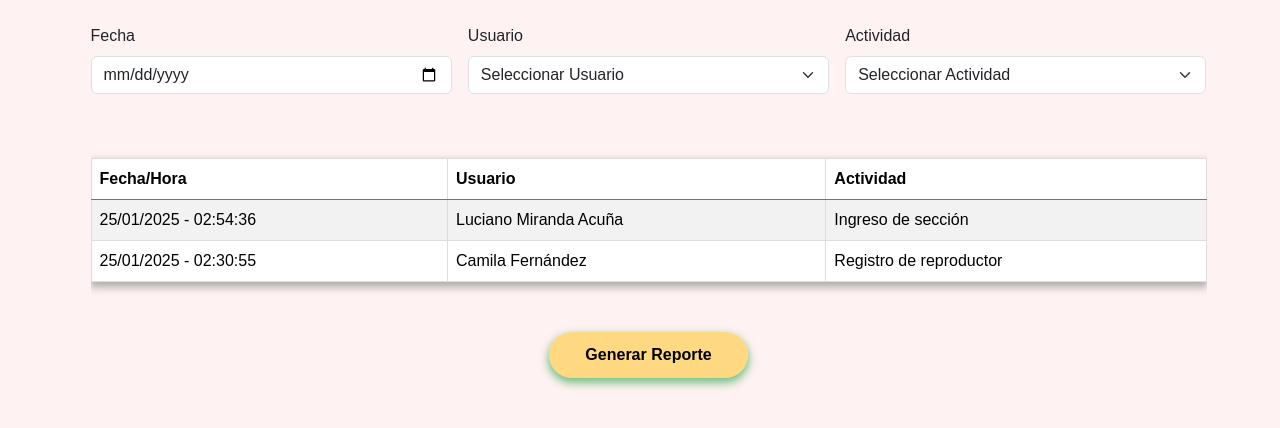
Repository: Mateojimenezz/Granja-Santa-Helena
Page: registroDeActividades.html
An editor plug-in stored every save of this project. The page is shown before and after a run of saves, followed by the edit.
The browser window is 1280 px wide. The pictures show the whole page.

Above is the page before, as saved 2025-04-14 11:42:08.

After the next 2 saves:
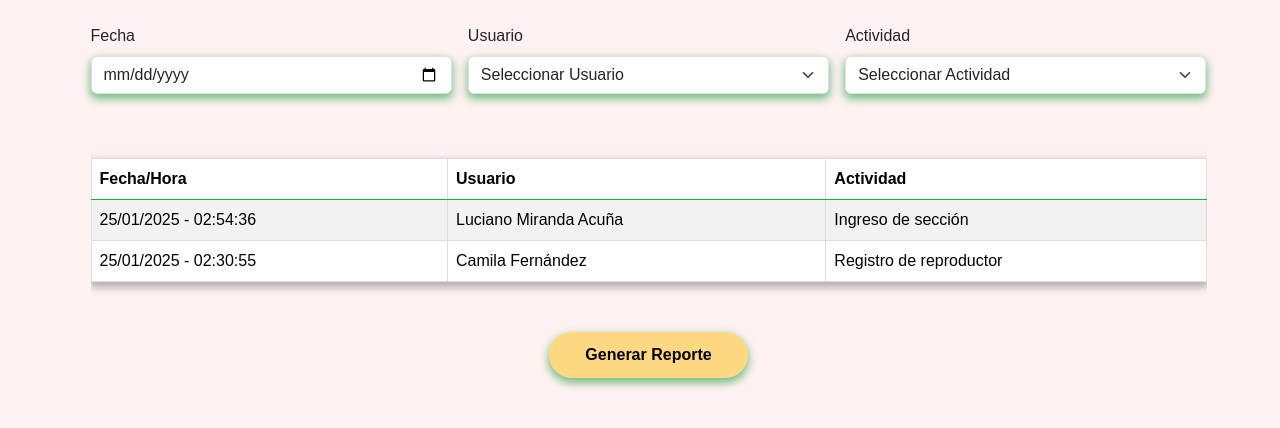
The 2 saves are shown as one change because they came seconds apart.
The last was saved 30 s later.
--- a/assets/css/registroDeActividades.css
+++ b/assets/css/registroDeActividades.css
@@ -13,5 +13,6 @@
     display: none; /* Ocultar inicialmente */
   }
   .input{
+    box-shadow: 0 4px 8px 1px  rgba(25, 157, 60, 0.6) /* Sombra verde */
 
   }
